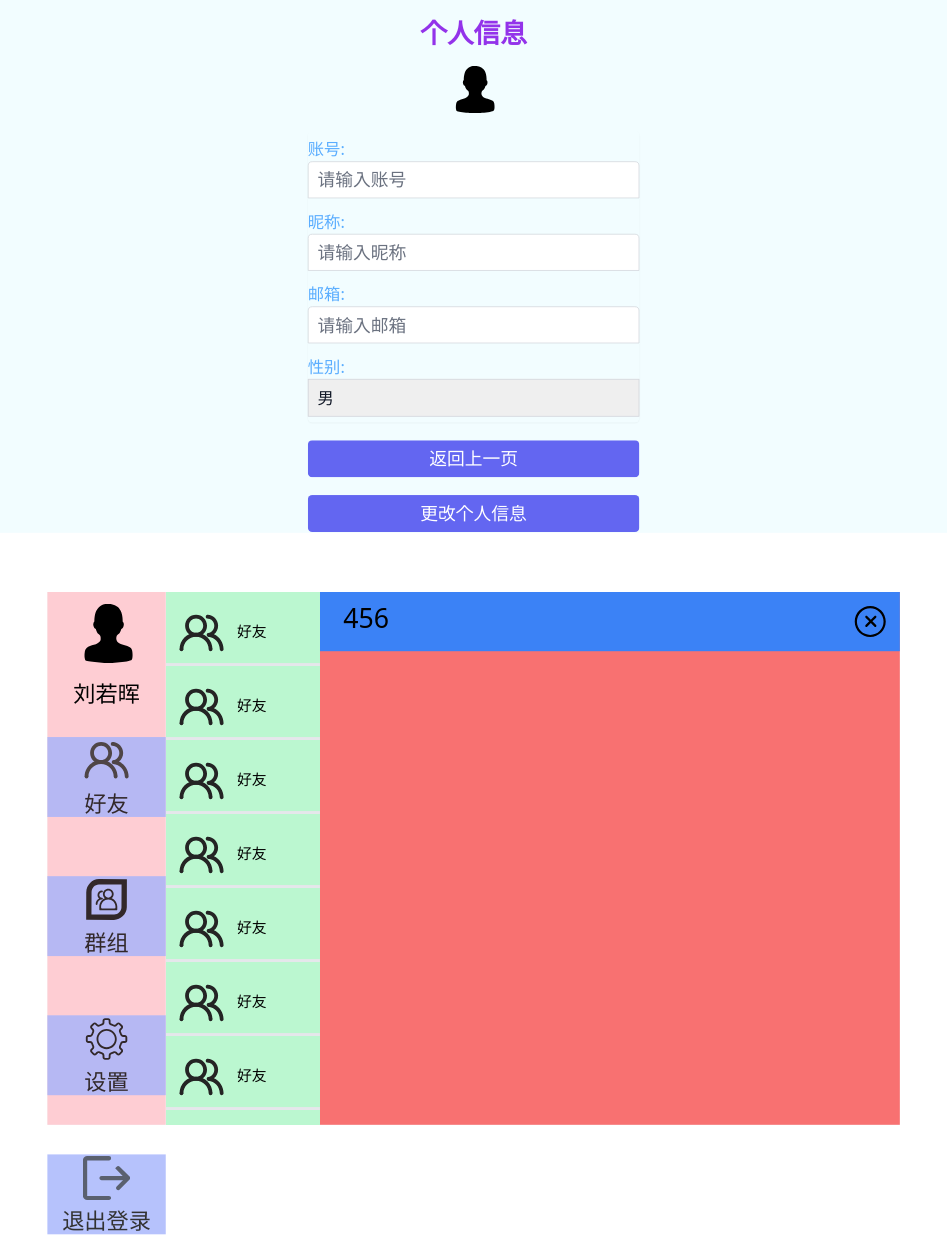
Repository: LiuRuohui/test_the_tailwindcss
Page: /
These files come from the project's save history. The page is drawn as it stood at one moment and after the next save; the edit follows.
The browser window is 1280 px wide. The pictures show the whole page, at 74% of full size.
The project was rebuilt for these pictures with package versions that can differ from the ones it lists, and the page was loaded fresh each time. Also part of the build but not shown: vite.config.js, src/components/WelcomingPage.vue, src/components/HelloWorld.vue.

Above is the page before, as saved 2022-03-14 21:44:46.

### src/App.vue
<script setup>
import WelcomingPage from "./components/WelcomingPage.vue"
import RegisterPage from "./components/RegisterPage.vue"
import LoginPage from "./components/LoginPage.vue";
import ForgetPasswd from "./components/ForgetPasswd.vue";
import HelloWorld from "./components/HelloWorld.vue";
import UpdateInformation from "./components/UpdateInformation.vue";
import ShowInformation from "./components/ShowInformation.vue";
import MainPage from "./components/MainPage.vue";
</script>

<template>
<!--<WelcomingPage class="page"></WelcomingPage>
<RegisterPage class="page"></RegisterPage>
<LoginPage class="page"></LoginPage>
<ForgetPasswd class="page"></ForgetPasswd>
<UpdateInformation class="page"></UpdateInformation>  -->
<ShowInformation class="page"></ShowInformation>
<MainPage class="page"></MainPage>

</template>

<style>
.page{
    height: 100vh;
    background-color:hsla(190, 100%, 95%, 0.5)
}
</style>

### src/index.css
@tailwind base;
@tailwind components;
.inputFrame {
    @apply appearance-none rounded-none relative block w-full px-3 py-2 border border-gray-300 placeholder-gray-500 text-gray-900
}

.inputFrame:focus {
    @apply outline-none border-indigo-500 z-10 inline-block px-5 py-3 rounded-lg shadow-lg
}

.btn {
    @apply relative flex w-full justify-center py-2 border border-transparent font-medium rounded-md text-white bg-indigo-500
}

.btn:hover {
    @apply bg-indigo-700
}

.btn:focus {
    @apply outline-none ring-2 ring-offset-2 ring-indigo-400
}

@tailwind utilities;
@layer components {
    .card {
        background-color: theme('colors.blue.500');
        border-radius: theme('borderRadius.lg');
        padding: theme('spacing.6');
        box-shadow: theme('boxShadow.xl');
    }
    /* ... */
}

### src/components/RegisterPage.vue
<template>
<div class="flex items-center justify-center py-8 sm:px-6 lg:px-8">
    <div class="sm:max-w-xl sm:object-center sm:object-cover w-full mt-4">
        <div>
            <h2 class="mt-6 text-center sm:text-4xl font-extrabold text-purple-600">注册</h2>
        </div>
        <div class="object-center mt-4">
            <img class="h-16 w-1/2 mx-auto" src="../assets/用户.svg" alt="这里有一张图片">
        </div>
    <div>
      <div class="rounded-md shadow-sm sm:text-xl">
        <div class="py-2 font">
          <label for="account">账号:</label>
          <input id="account" name="account" type="account" autocomplete="name" required class="inputFrame rounded-t-md  sm:text-xl" placeholder="请输入账号">
        </div>
        <div class="py-2 font">
          <label for="passwd">密码:</label>
          <input id="passwd" name="passwd" type="password" autocomplete="current-password" required class="inputFrame rounded-b-md  sm:text-xl" placeholder="请输入密码">
        </div>
        <div class="py-2 font">
          <label for="passwd">再次输入密码:</label>
          <input id="repeated-passwd" name="repeated-passwd" type="password" autocomplete="current-password" required class="inputFrame rounded-b-md sm:text-xl" placeholder="请再次输入密码">
        </div>
      </div>

      <div class="flex items-center justify-between mt-4">
        <div class="text-sm sm:text-xl">
          <a href="#" class="font-medium text-indigo-800 hover:text-indigo-500 opacity-80" @click="seeFunctions"> 查看我们的功能 </a>
        </div>
        <div class="flex items-center">
          <input id="remember-me" name="remember-me" type="checkbox" class="h-4 w-4 text-indigo-600 focus:ring-indigo-500 border-gray-300 rounded">
          <label for="remember-me" class="ml-2 block sm:text-xl text-gray-600 opacity-80"> 同意隐私协议 </label>
        </div>
      </div>
      <div class="sm:text-xl sm:mt-8">
        <input value="重置" type="reset" @click="reset" class="btn group sm:text-2xl text-center">
        <br>
        <input @click="submit" type="submit" class="btn group sm:text-2xl"><br>
      </div>
    </div>
    </div>
</div>
</template>

<script setup>
function submit(){
  let name = document.getElementById("passwd").value
  let repeated_name = document.getElementById("repeated-passwd").value
  if(name !== repeated_name){
    alert('两次密码不一致！')
  }else {
    alert('提交数据注册 注册成功返回警示框 注册失败返回原因')
  }
}

function seeFunctions(){
  alert("See functions")
}

function reset() {
  var confirmation = confirm('确定要重置数据吗？')
  if(confirmation == true){
    alert('你表单没了')
  }
}

</script>

<style>
.font{
  color:hsla(210, 100%, 60%, 0.8)
}
</style>

### src/components/LoginPage.vue
<template>
<div class="min-h-full flex items-center justify-center py-12 px-4 sm:px-6 lg:px-8">
  <div class="max-w-md w-full">
    <div>
      <h2 class="mt-6 text-center sm:text-4xl font-extrabold text-purple-600">登录</h2>
    </div>
    <div class="object-center sm:mt-8">
            <img class="h-16 w-1/2 mx-auto" src="../assets/用户.svg" alt="这里有一张图片">
        </div>
    <div class="space-y-6">
      <input type="hidden" name="remember" value="true">
      <div class="rounded-md shadow-sm">
        <div class="py-2 font">
          <label for="account">账号:</label>
          <input id="account" name="account" type="account" autocomplete="name" required class="inputFrame rounded-t-md  sm:text-xl" placeholder="请输入账号">
        </div>
        <div class="py-2 font">
          <label for="passwd">密码:</label>
          <input id="passwd" name="passwd" type="password" autocomplete="current-password" required class="inputFrame rounded-b-md  sm:text-xl" placeholder="请输入密码">
        </div>
      </div>

      <div class="flex items-center justify-between">
        <div class="flex items-center">
          <input id="remember-me" name="remember-me" type="checkbox" class="h-4 w-4 text-indigo-600 focus:ring-indigo-500 border-gray-300 rounded">
          <label for="remember-me" class="ml-2 block text-sm sm:text-2xl text-gray-600 opacity-90"> 记住我</label>
        </div>

        <div class="text-sm">
          <a href="#" class="font-medium sm:text-2xl text-indigo-400 hover:text-indigo-500"> 忘记密码? </a>
        </div>
      </div>

      <div>
        <button @click="submit" class="btn group sm:text-2xl">
          登录
        </button>
      </div>
    </div>
  </div>
</div>
</template>

<script setup>
function submit(){
  alert('登录')
}

</script>

<style>
.font{
  color:hsla(210, 100%, 60%, 0.8);
  font-size: 22px;
}
</style>

### src/components/ForgetPasswd.vue
<template>
<div class="flex items-center justify-center py-12 px-4 sm:px-6 lg:px-8c">
    <div class="sm:max-w-xl sm:object-center sm:object-cover w-full space-y-8">
        <div>
            <h2 class="mt-6 text-center sm:text-3xl font-extrabold text-purple-600">忘记密码</h2>
        </div>
        <div>
            <img class="h-16 w-1/2 mx-auto" src="../assets/用户.svg" alt="这里有一张图片">
        </div>
      <div class="rounded-md shadow-sm sm:text-xl">
        <div class="py-4 font">
          <label for="email-address sm:text-2xl">邮箱</label>
          <input id="email-address" name="email" type="email" autocomplete="email" required class="inputFrame rounded-t-md  sm:text-2xl" placeholder="请输入邮箱">
        </div>
      </div>
      <div class="sm:text-2xl sm:mt-8">
          <button @click="sendEmail" class="btn group sm:text-2xl">确认</button>
      </div>
    </div>
</div>
</template>

<script setup>
function sendEmail(){
    var name = document.getElementById("email-address").value;
    if(!isEmail(name)){
        alert('邮箱格式不正确！请重新输入！')
    }else{
        var confirmation = confirm('确认忘记密码？点击确认之后系统会将密码发到您的邮箱！')
        if(confirmation == true){
        alert('请查收邮箱！')
        }
    }
}
function isEmail(str){
    var reg = /^([a-zA-Z0-9_-])+@([a-zA-Z0-9_-])+(.[a-zA-Z0-9_-])+/
    return reg.test(str)
}
</script>

<style>
.font{
  color:hsla(210, 100%, 60%, 0.8)
}
</style>

### src/components/UpdateInformation.vue
<template>
<div class="min-h-full flex items-center justify-center py-8 px-4 sm:px-6 lg:px-8">
  <div class="max-w-md w-full">
    <div>
      <h2 class="mt-6 text-center sm:text-4xl font-extrabold text-purple-600">更改信息</h2>
    </div>
    <div class="mt-4">
        <img class="h-16 w-1/2 mx-auto" src="../assets/用户.svg" alt="这里有一张图片">
    </div>
    <div class="space-y-6">
      <input type="hidden" name="remember" value="true">
      <div class="rounded-md shadow-sm -space-y-px">
        <div class="pb-2 font">
          <label for="account">账号:</label>
          <input id="account" name="account" type="account" autocomplete="account" required class="inputFrame rounded-t-md  sm:text-2xl" placeholder="请输入账号">
        </div>
        <div class="py-2 font">
          <label for="nickname">昵称:</label>
          <input id="nickname" name="nickname" type="nickname" autocomplete="nickname" required class="inputFrame rounded-t-md  sm:text-2xl" placeholder="请输入昵称">
        </div>
        <div class="py-2 font">
          <label for="email-address">邮箱:</label>
          <input id="email-address" name="email" type="email" autocomplete="email" required class="inputFrame rounded-t-md  sm:text-2xl" placeholder="请输入邮箱">
        </div>
        <div class="py-2 font">
            <label for="sex">性别:</label>
            <select name="性别" class="inputFrame">
                <option value="male">男</option>
                <option value="female">女</option>
            </select>
        </div>
        <div class="py-2 font">
          <label for="passwd">密码:</label>
          <input id="passwd" name="passwd" type="password" autocomplete="current-password" required class="inputFrame rounded-b-md  sm:text-2xl" placeholder="请输入密码">
        </div>
        <div class="py-2 font">
          <label for="passwd">请再次输入密码:</label>
          <input id="passwd" name="passwd" type="password" autocomplete="current-password" required class="inputFrame rounded-b-md  sm:text-2xl" placeholder="请再次输入密码">
        </div>
      </div>

      <div>
        <button @click="submit" class="btn group sm:text-2xl">
          更改
        </button>
      </div>
    </div>
  </div>
</div>
</template>

<script setup>
function submit() {
  alert(123)
}
</script>

<style>
.font{
  color:hsla(210, 100%, 60%, 0.8);
  font-size: 22px;
}
</style>

### src/components/ShowInformation.vue
<template>
<div class="min-h-full flex items-center justify-center py-8 px-4 sm:px-6 lg:px-8">
  <div class="max-w-md w-full">
    <div>
      <h2 class="mt-6 text-center sm:text-4xl font-extrabold text-purple-600">个人信息</h2>
    </div>
    <div class="mt-6">
        <img class="h-16 w-1/2 mx-auto" src="../assets/用户.svg" alt="这里有一张图片">
    </div>
    <div class="space-y-6">
      <input type="hidden" name="remember" value="true">
      <div class="rounded-md shadow-sm -space-y-px">
        <div class="py-2 font">
          <label for="account">账号:</label>
          <input id="account" name="account" type="account" autocomplete="account" required class="inputFrame rounded-t-md  sm:text-2xl" placeholder="请输入账号">
        </div>
        <div class="py-2 font">
          <label for="nickname">昵称:</label>
          <input id="nickname" name="nickname" type="nickname" autocomplete="nickname" required class="inputFrame rounded-t-md  sm:text-2xl" placeholder="请输入昵称">
        </div>
        <div class="py-2 font">
          <label for="email-address">邮箱:</label>
          <input id="email-address" name="email" type="email" autocomplete="email" required class="inputFrame rounded-t-md  sm:text-2xl" placeholder="请输入邮箱">
        </div>
        <div class="py-2 font">
            <label for="sex">性别:</label>
            <select name="性别" class="inputFrame">
                <option value="male">男</option>
                <option value="female">女</option>
            </select>
        </div>
      </div>
      <div>
        <button @click="returnPage" class="btn group sm:text-2xl">
          返回上一页
        </button>
      </div>
      <div>
        <button @click="updateInformation" class="btn group sm:text-2xl">
          更改个人信息
        </button>
      </div>
    </div>
  </div>
</div>
</template>

<script setup>
function returnPage() {

}
function updateInformation() {

}
</script>

<style>
.font{
  color:hsla(210, 100%, 60%, 0.8);
  font-size: 22px;
}
</style>

### src/components/MainPage.vue
<template>
<div class="flex flex-row sm:mx-16 sm:my-20 sm:text-xl ">
    <div class="sm:basis-40 bg-rose-200">
        <div class="grid grid-rows-3 sm:gap-6 gap-3">
            <div class="row-span-2">
                <img src="../assets/用户.svg" alt="" class="mt-2 sm:mt-4 h-20 w-2/3 mx-auto">
            </div>
            <div class="sm:text-3xl text-center m-auto">{{nickname}}</div>
            <div class="grid grid-rows-4 gap-20 mt-4 ">
                <div class="bg-indigo-300 opacity-80" @click="gotoFriends">
                    <img src="../assets/好友.svg" alt="好友" class="h-16 m-auto">
                    <p class="sm:text-3xl text-xl text-center mt-2">好友</p>
                </div>
                <div class="bg-indigo-300 opacity-80" @click="gotoGroups">
                    <img src="../assets/群组.svg" alt="群组" class="h-16 m-auto">
                    <p class="sm:text-3xl text-xl text-center mt-2">群组</p>
                </div>
                <div class="bg-indigo-300 opacity-80" @click="settings">
                    <img src="../assets/设置.svg" alt="设置" class="h-16 m-auto">
                    <p class="sm:text-3xl text-xl text-center mt-2">设置</p>
                </div>
                <div class="bg-indigo-300 opacity-80" @click="Logout">
                    <img src="../assets/退出.svg" alt="退出" class="h-16 m-auto">
                    <p class="sm:text-3xl text-xl text-center mt-2">退出登录</p>
                </div>
            </div>
        </div>
    </div>

    <div class="sm:basis-52 bg-green-200 overflow-auto">
        <div v-for="friend in friends.name" class="my-4 sm:text-xl ">
            <img src="../assets/好友.svg" alt="好友" class="h-16 my-2 ml-4 inline-block">
            <span class="sm:text-xl p-4">好友</span>
            <hr class="border-2">
        </div>
    </div>

    <div class="sm:flex-1 bg-red-400">
        <div class="bg-blue-500 h-20">
            <div class="sm:text-4xl float-left h-20 mt-4 ml-8">{{friends.name[1]}}</div>
            <div class="inline-block float-right"><img src="../assets/关闭按钮.svg" alt="关闭按钮" class="h-12 mt-4 mr-4"></div>
        </div>
        <div class="">

        </div>
    </div>
</div>
</template>

<script setup>
import {ref,reactive} from "vue"
const nickname = ref('刘若晖')

const friends = reactive({
    name:['123','456','789','','','','','','','','','','','','','','','','',''],
    message:[],
})

const groups = reactive({})

function settings(){
    alert('你点击了设置')
}

function gotoFriends(){
    alert('显示好友列表')
}

function gotoGroups(){
    alert('显示群组列表')
}

function Logout(){
    var choose = confirm('退出登录!')
    if(choose == true){
        alert('退出登录，返回登录界面')
    }else{
        alert('111')
    }
}
</script>

<style>
</style>

### tailwind.config.js
module.exports = {
    content: [
        "./index.html",
        "./src/**/*.{vue,js,ts,jsx,tsx}",
    ],
    theme: {
        extend: {},
    },
    variants: {
        backgroundColor: ['responsive', 'hover', 'focus', 'active']
    },
    plugins: [],
}

Loaded but not shown: index.html (common file); src/main.js (common file)

After the next save:
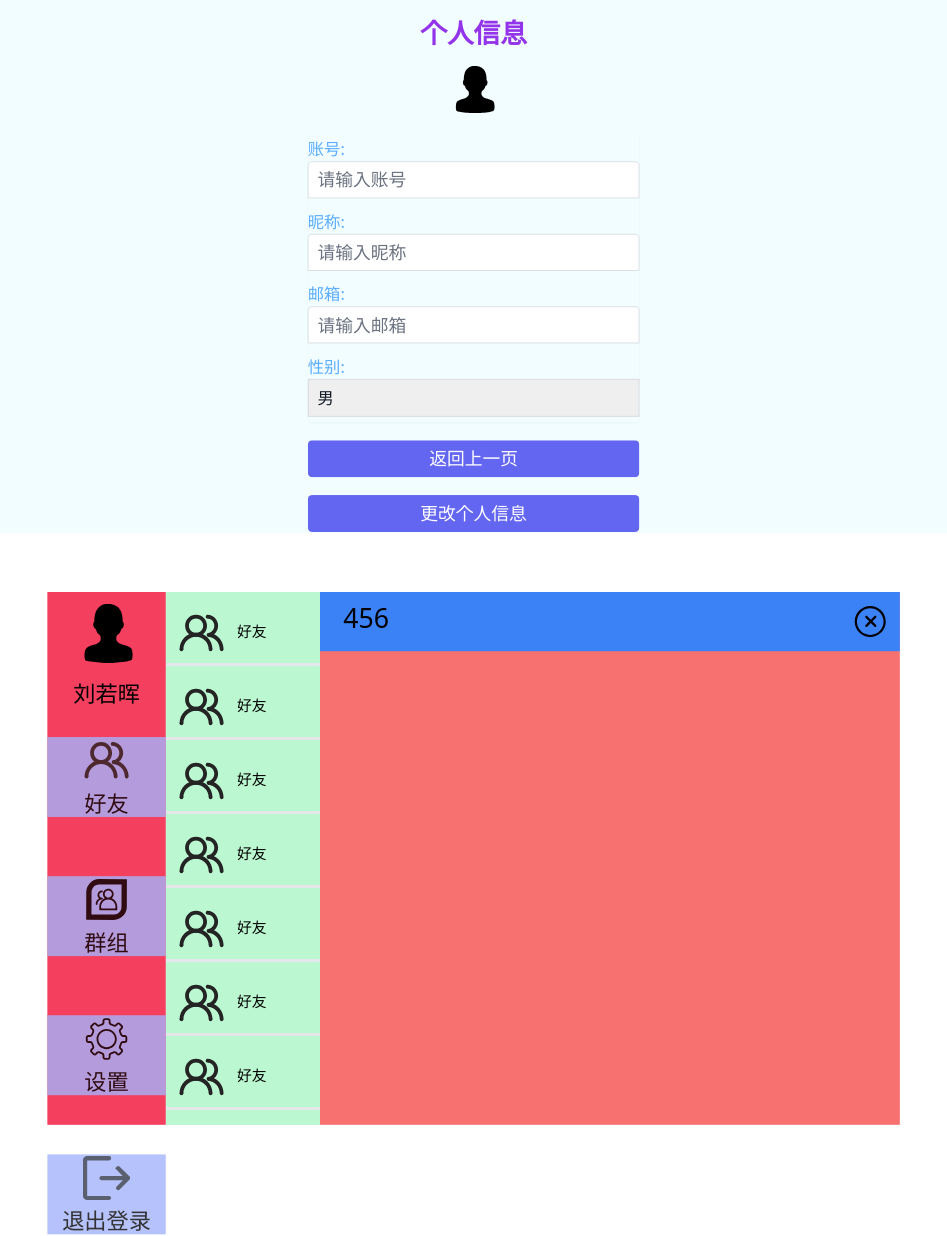
Saved 14 s later.
--- a/src/components/MainPage.vue
+++ b/src/components/MainPage.vue
@@ -1,6 +1,6 @@
 <template>
 <div class="flex flex-row sm:mx-16 sm:my-20 sm:text-xl ">
-    <div class="sm:basis-40 bg-rose-200">
+    <div class="sm:basis-40 bg-rose-500">
         <div class="grid grid-rows-3 sm:gap-6 gap-3">
             <div class="row-span-2">
                 <img src="../assets/用户.svg" alt="" class="mt-2 sm:mt-4 h-20 w-2/3 mx-auto">
